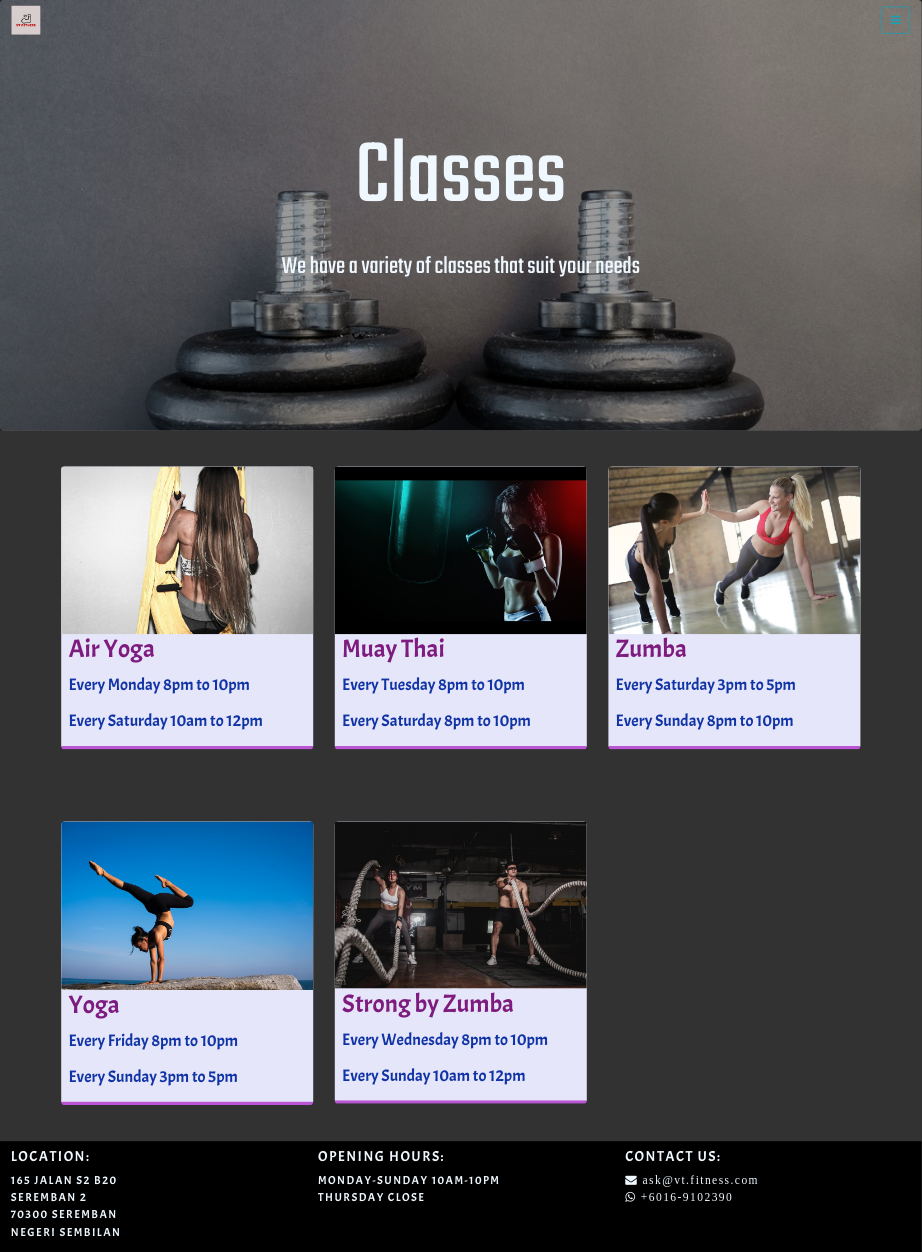
Repository: Code-Institute-Submissions/Project-One-6
Page: classes.html
The author's editor kept a record of every edit. The page is drawn from the files as they stood at one moment, then again after the next edit.
The browser window is 1280 px wide. The pictures show the whole page, at 72% of full size.
Some web libraries are served in a nearby version.

Above is the page before.

After the next edit:
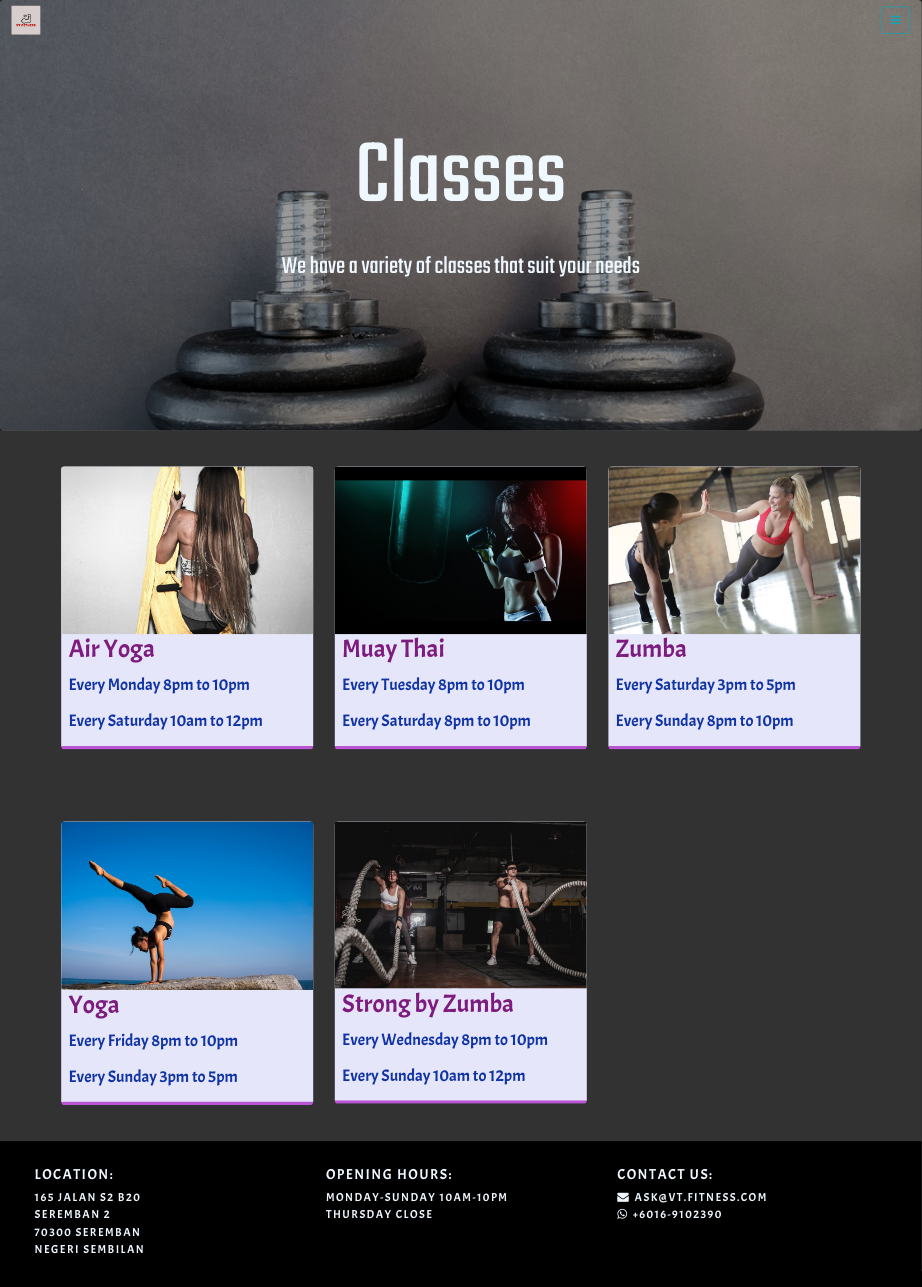
The edit:
--- a/classes.html
+++ b/classes.html
@@ -101,38 +101,37 @@
                 </div>
             </div>
     </section>
-    <footer class="container-fluid">
+    <footer class="container-fluid px-5 py-4">
         <div class="row">
             <div id="footer-detail" class="col-sm-4 cap">
-                <h5 class="inline-block">Location:</h5>
+                <h5>Location:</h5>
                 <p>165 Jalan S2 B20
                     <br>Seremban 2
                     <br>70300 Seremban
                     <br>Negeri Sembilan</p>
             </div>
             <div id="footer-detail" class="col-sm-4 cap">
-                <h5 class="inline-block">Opening Hours:</h5>
+                <h5>OPENING HOURS:</h5>
                 <p>Monday-Sunday 10am-10pm
-                    <br>Thursday close
+                    <br>Thursday Close
                 </p>
             </div>
-            <div id="footer-detail" class="col-sm-4">
-                <h5 class="cap">Contact Us:</h5>
+            <div id="footer-detail" class="col-sm-4 cap">
+                <h5>CONTACT US:</h5>
                 <ul class="list-inline social">
                     <li>
                         <i class="fa fa-envelope" aria-hidden="true">
-                    <span>ask@vt.fitness.com</span>
-                    </i>
+                        <span class="details">ask@vt.fitness.com</span>
+                        </i>
                     </li>
                     <li>
                         <i class="fa fa-whatsapp" aria-hidden="true">
-                    <span>+6016-9102390</span>
-                    </i>
+                        <span class="details">+6016-9102390</span>
+                        </i>
                     </li>
                 </ul>
             </div>
         </div>
-
     </footer>
 </body>
 
